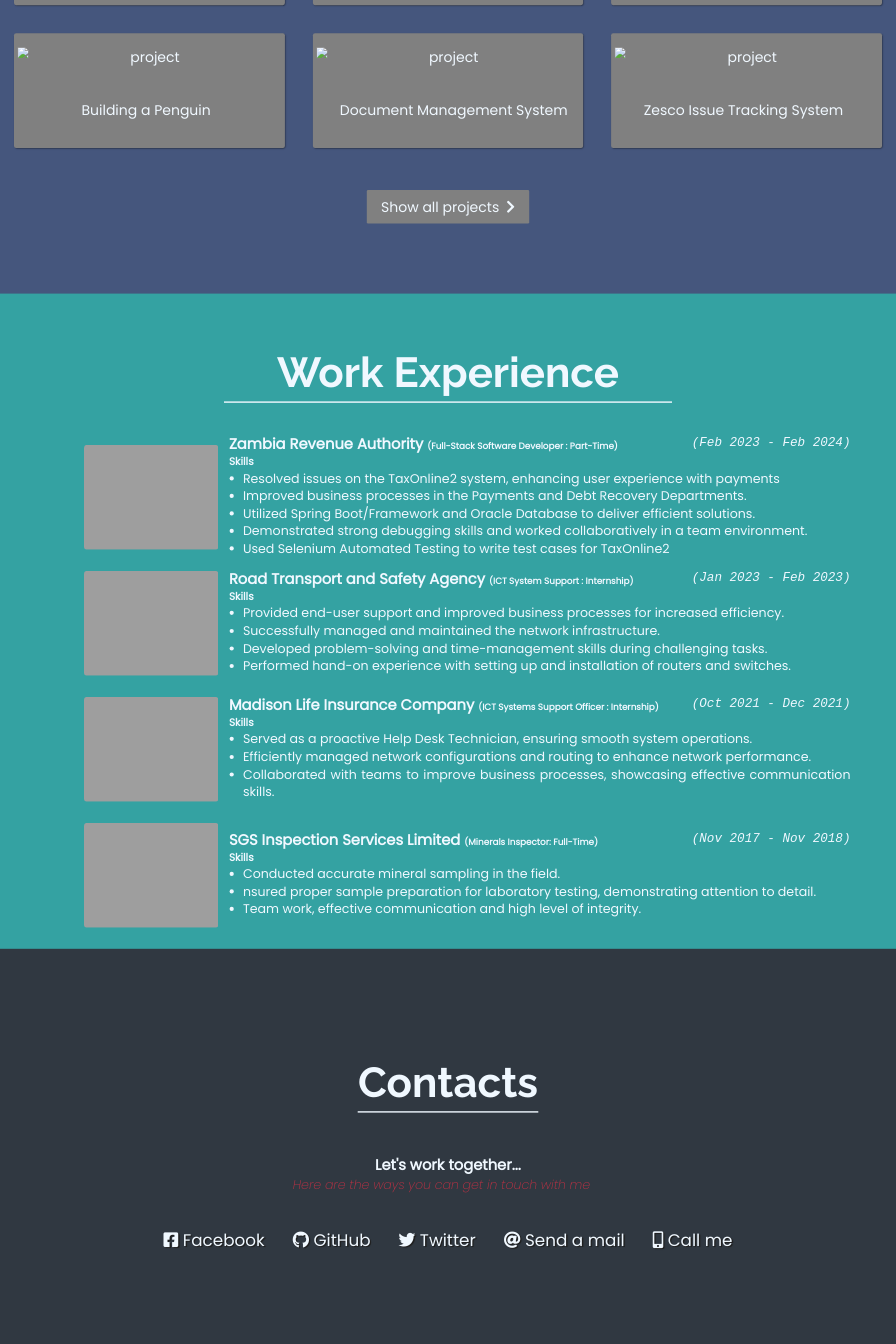
Repository: Lungdjos/personal_portifolio
Page: html/index.html
The author's editor kept a copy of each file at every save. The page is drawn from the files as they stood at one save, then again after the next save.
The browser window is 1280 px wide. The pictures show the part of the page from y = 1179 to 3099 px (the page is 3214 px tall), at 70% of full size.
Pictures or frames that could not be fetched are drawn as grey boxes. Some web libraries are served in a nearby version.

Above is the page before, as saved 2024-02-04 02:50:42.

After the next save:
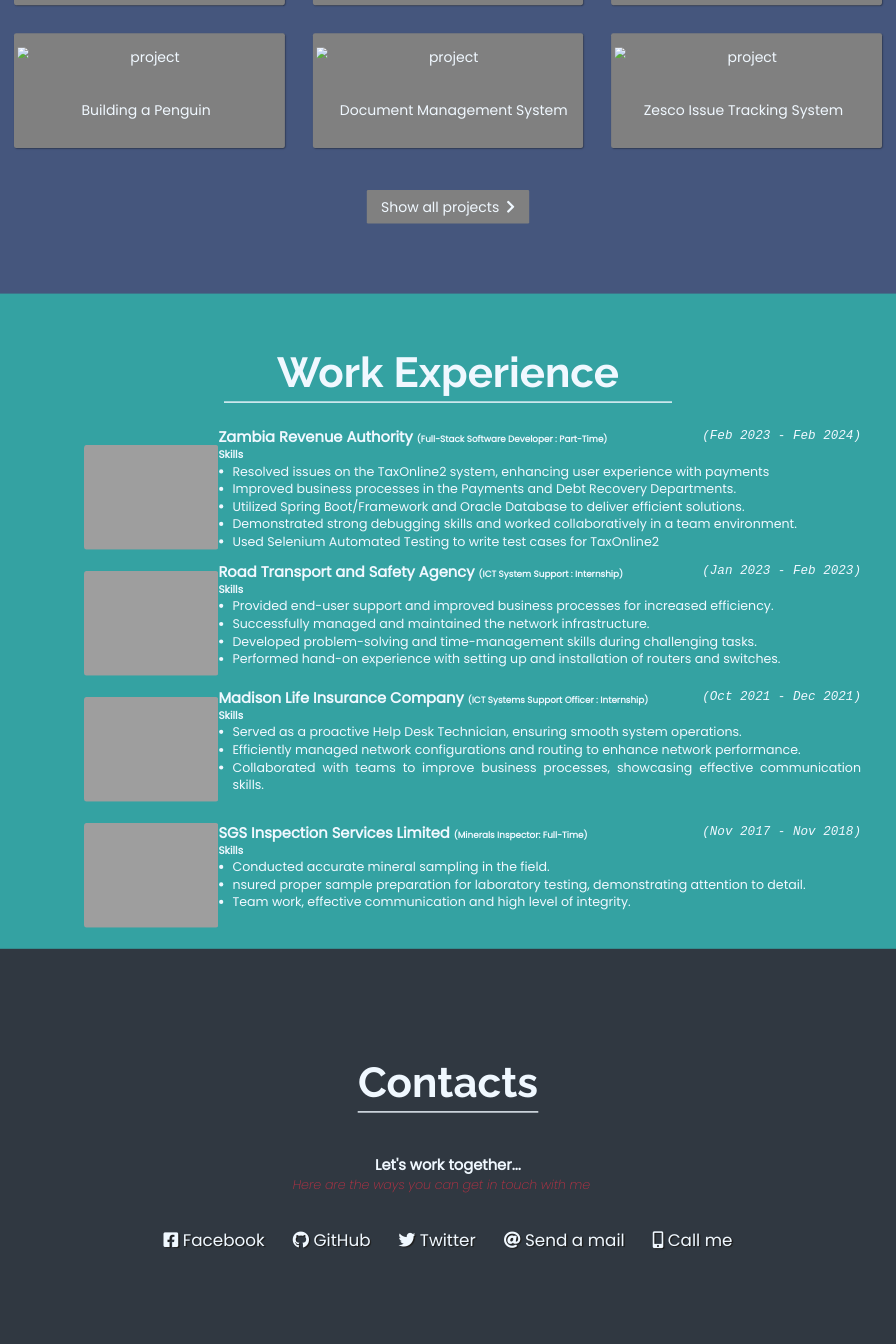
Saved 16 s later.
--- a/css/styles.css
+++ b/css/styles.css
@@ -297,8 +297,6 @@
     justify-content: center;
     height: 125px;
     width: 80vw;
-    padding: 5px;
-    margin: 1rem;
 }
 
 #grid {

After the 2 saves that followed:
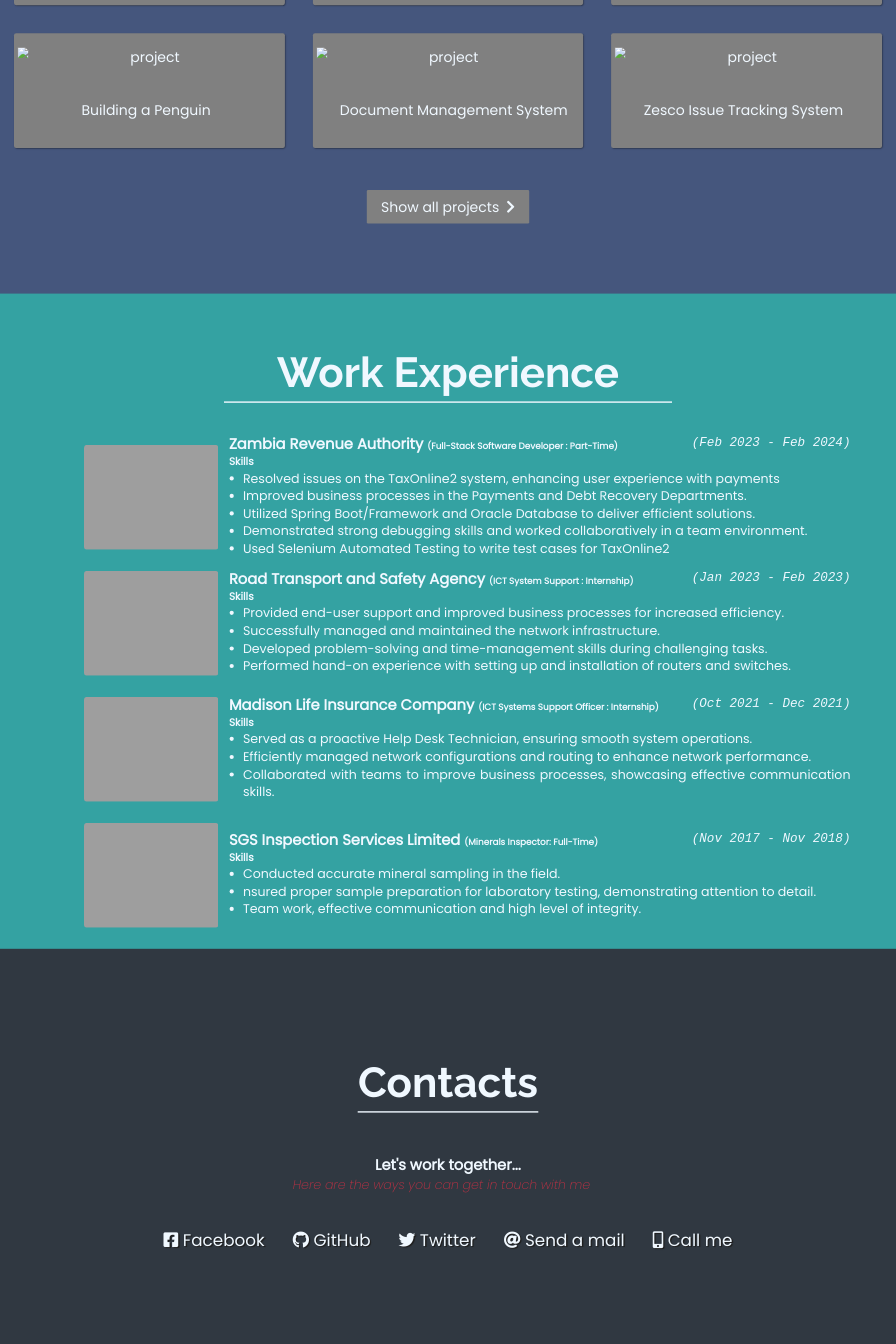
The 2 saves are shown as one change because they came seconds apart.
The last was saved 6 s later.
--- a/css/styles.css
+++ b/css/styles.css
@@ -297,6 +297,8 @@
     justify-content: center;
     height: 125px;
     width: 80vw;
+    padding: 5px;
+    margin: 1rem;
 }
 
 #grid {
